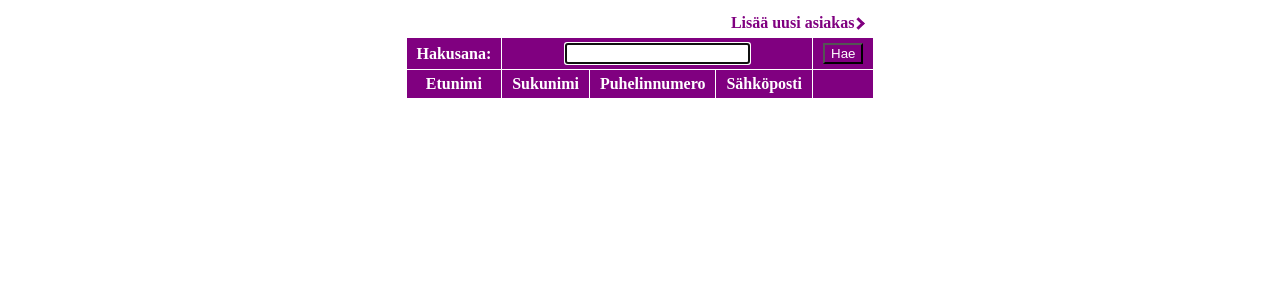
Repository: JerriMakila/Etatehtavat5
Page: http://localhost/Asiakkaat/listaaasiakkaat.jsp
An editor plug-in stored every save of this project. The page is shown before and after a run of saves, followed by the edit.
The browser window is 1280 px wide. The pictures show the whole page.
The page is served by Tomcat 9. Other server files are loaded and not shown.

Above is the page before, as saved 2020-11-23 21:36:43.

### Asiakkaat/WebContent/listaaasiakkaat.jsp
<%@ page language="java" contentType="text/html; charset=ISO-8859-1"
    pageEncoding="ISO-8859-1"%>
<!DOCTYPE html>
<html>
<head>
<meta charset="ISO-8859-1">
<script src="https://ajax.googleapis.com/ajax/libs/jquery/3.4.1/jquery.min.js"></script>
<link rel="stylesheet" href="css\main.css">
<title>Asiakkaat</title>
</head>
<body>
<table id="listaus">
	<thead>
		<tr>
			<th colspan="5" id="uusiAuto"><span class="siirto">Lisää uusi asiakas<span class="right-arrow"></span></span></th>
		</tr>
		<tr>
			<th>Hakusana:</th>
			<th colspan="3"><input type="text" id="hakusana"></th>
			<th><input type="button" value="Hae" id="hakunappi"></th>
		</tr>
		<tr>
			<th>Etunimi</th>
			<th>Sukunimi</th>
			<th>Puhelinnumero</th>
			<th>Sähköposti</th>
			<th></th>
		</tr>
	</thead>
	<tbody>
	</tbody>
</table>
<script>
$(document).ready(function(){
	haeAsiakkaat();

	$("#hakunappi").click(function(){
		haeAsiakkaat();
	});

	$(document.body).on("keypress", function(event){
		  if(event.which==13){
			  haeAsiakkaat();
		  }
	});

	$("#hakusana").focus();
});

function haeAsiakkaat(){
	$("#listaus tbody").empty();
	$.ajax({url:"asiakkaat/"+$("#hakusana").val(), type:"GET", dataType:"json", success:function(result){
		$.each(result.asiakkaat, function(i, field){
        	var htmlStr = "<tr class='asiakasrivi'>" +
        		"<td>"+field.etunimi+"</td>" +
        		"<td>"+field.sukunimi+"</td>" +
        		"<td>"+field.puhelin+"</td>" +
        		"<td>"+field.sposti+"</td>" +
        		"<td><span class='poista' onclick=poista('"+field.asiakas_id+","+field.etunimi+","+field.sukunimi+"')>Poista</span></td>" +
        		"</tr>";
        	$("#listaus tbody").append(htmlStr);
        });
    }});
}

function poista(id,etunimi,sukunimi){
	if(confirm("Haluatko varmasti poistaa asiakkaan " + etunimi + " " + sukunimi + "?")){
		$.ajax({url:"asiakkaat/" + id, type:"DELETE", dataType:"json", success:function(result) { //result on joko {"response:1"} tai {"response:0"}
	        if(result.response==0){
	        	$("#ilmo").html("Auton poisto epäonnistui.");
	        }else if(result.response==1){
	        	$("#rivi_"+rekno).css("background-color", "red"); //Värjätään poistetun asiakkaan rivi
	        	alert("Auton " + rekno +" poisto onnistui.");
				haeAutot();
			}
	    }});
	}
}

</script>
</body>
</html>

### Asiakkaat/WebContent/css/main.css
	input[type=button],
	input[type=submit] {
		background-color: purple;
		color: white;
	}

	input[type=text]{
		vertical-align: top;
	}

	table {
		border-collapse: collapse;
		margin: auto;
	}

	th,
	td {
		border: 1px solid black;
		padding: 5px 10px;
	}

	thead tr {
		background-color: purple;
		color: white;
	}

	thead th {
		border: 1px solid white;
	}

	.asiakasrivi:nth-of-type(even){
		background-color: #E8E8E8;
	}

	.data-input {
		background-color: rgba(128,0,128,0.1);
	}

	.left-arrow{
		border: solid purple;
  		border-width: 0 3px 3px 0;
  		display: inline-block;
  		margin-right: 5px;
  		padding: 3px;
  		transform: rotate(135deg);
  		-webkit-transform: rotate(135deg);
	}

	.poista{
		color: red;
		text-decoration: underline;
		cursor: pointer;
	}

	.right-arrow{
		border: solid purple;
  		border-width: 0 3px 3px 0;
  		display: inline-block;
  		padding: 3px;
  		transform: rotate(-45deg);
  		-webkit-transform: rotate(-45deg);
	}

	.siirto {
		cursor: pointer;
	}

	#ilmo {
		margin-top: 5px;
		text-align: center;
	}

	#takaisin,
	#uusiAuto {
		background-color: white;
		color: purple;
		padding-left: 20px;
	}

	#takaisin{
		text-align: left;
	}

	#uusiAuto {
		text-align: right;
	}

### Asiakkaat/src/control/Asiakkaat.java
package control;

import java.io.IOException;
import java.io.PrintWriter;
import java.util.ArrayList;
import javax.servlet.ServletException;
import javax.servlet.annotation.WebServlet;
import javax.servlet.http.HttpServlet;
import javax.servlet.http.HttpServletRequest;
import javax.servlet.http.HttpServletResponse;
import org.json.JSONObject;
import model.Asiakas;
import model.dao.Dao;


@WebServlet("/asiakkaat/*")
public class Asiakkaat extends HttpServlet {
	private static final long serialVersionUID = 1L;


    public Asiakkaat() {
        super();
    }

	protected void doGet(HttpServletRequest request, HttpServletResponse response) throws ServletException, IOException {
		String pathInfo = request.getPathInfo();
		String hakusana = "";

		if(pathInfo != null) {
			hakusana = pathInfo.replace("/", "");
		}

		Dao dao = new Dao();
		ArrayList<Asiakas> asiakkaat;

		if(hakusana == "" || hakusana == "*") {
			asiakkaat = dao.listaaKaikki();
		} else {
			asiakkaat = dao.listaaKaikki(hakusana);
		}

		String strJSON = new JSONObject().put("asiakkaat", asiakkaat).toString();
		response.setContentType("application/json");
		PrintWriter out = response.getWriter();
		out.println(strJSON);
	}

	protected void doPost(HttpServletRequest request, HttpServletResponse response) throws ServletException, IOException {
		JSONObject jsonObj = new JsonStrToObj().convert(request);
		Asiakas asiakas = new Asiakas();
		asiakas.setEtunimi(jsonObj.getString("etunimi"));
		asiakas.setSukunimi(jsonObj.getString("sukunimi"));
		asiakas.setPuhelin(jsonObj.getString("puhelin"));
		asiakas.setSposti(jsonObj.getString("sposti"));
		response.setContentType("application/json");
		PrintWriter out = response.getWriter();
		Dao dao = new Dao();

		if(dao.lisaaAsiakas(asiakas)){
			out.println("{\"response\":1}");
		}else{
			out.println("{\"response\":0}");
		}
	}

	protected void doDelete(HttpServletRequest request, HttpServletResponse response) throws ServletException, IOException {
		System.out.println("Asiakkaat.doDelete()");
		String pathInfo = request.getPathInfo();
		System.out.println("polku: "+pathInfo);
		String poistettavaAsiakas = pathInfo.replace("/", "");
		response.setContentType("application/json");
		PrintWriter out = response.getWriter();
		Dao dao = new Dao();

		if(dao.poistaAuto(poistettavaAsiakas)){ //metodi palauttaa true/false
			out.println("{\"response\":1}");  //Auton poistaminen onnistui {"response":1}
		}else{
			out.println("{\"response\":0}");  //Auton poistaminen ep�onnistui {"response":0}
		}
	}
}

### Asiakkaat/src/model/dao/Dao.java
package model.dao;

import java.sql.Connection;
import java.sql.DriverManager;
import java.sql.PreparedStatement;
import java.sql.ResultSet;
import java.util.ArrayList;

import model.Asiakas;

public class Dao {
	private Connection con = null;
	private ResultSet rs = null;
	private PreparedStatement stmtPrep = null;
	private String sql;
	private String db = "Myynti.sqlite";

	private Connection yhdista(){
    	Connection con = null;
    	String path = System.getProperty("catalina.base");
    	path = path.substring(0, path.indexOf(".metadata")).replace("\\", "/");
    	String url = "jdbc:sqlite:"+path+db;

    	try {
    		Class.forName("org.sqlite.JDBC");
	        con = DriverManager.getConnection(url);
	        System.out.println("Yhteys avattu.");
	     }catch (Exception e){
	    	System.out.println("Yhteyden avaus epäonnistui.");
	        e.printStackTrace();
	     }

	     return con;
	}

	public ArrayList<Asiakas> listaaKaikki(){
		ArrayList<Asiakas> asiakkaat = new ArrayList<Asiakas>();
		sql = "SELECT * FROM asiakkaat";

		try {
			con = yhdista();

			if(con != null){
				stmtPrep = con.prepareStatement(sql);
        		rs = stmtPrep.executeQuery();

				if(rs != null){
					while(rs.next()){
						Asiakas asiakas = new Asiakas();
						asiakas.setId(rs.getInt(1));
						asiakas.setEtunimi(rs.getString(2));
						asiakas.setSukunimi(rs.getString(3));
						asiakas.setPuhelin(rs.getString(4));
						asiakas.setSposti(rs.getString(5));
						asiakkaat.add(asiakas);
					}
				}
			}

			con.close();
		} catch (Exception e) {
			e.printStackTrace();
		}

		return asiakkaat;
	}

	public ArrayList<Asiakas> listaaKaikki(String hakusana){
		ArrayList<Asiakas> asiakkaat = new ArrayList<Asiakas>();
		sql = "SELECT * FROM asiakkaat WHERE etunimi LIKE ? OR sukunimi LIKE ? OR puhelin LIKE ? OR sposti LIKE ?";
		try {
			con = yhdista();

			if(con != null){
				stmtPrep = con.prepareStatement(sql);
				stmtPrep.setString(1, "%" + hakusana + "%");
				stmtPrep.setString(2, "%" + hakusana + "%");
				stmtPrep.setString(3, "%" + hakusana + "%");
        		rs = stmtPrep.executeQuery();

				if(rs != null){
					while(rs.next()){
						Asiakas asiakas = new Asiakas();
						asiakas.setId(rs.getInt(1));
						asiakas.setEtunimi(rs.getString(2));
						asiakas.setSukunimi(rs.getString(3));
						asiakas.setPuhelin(rs.getString(4));
						asiakas.setSposti(rs.getString(5));
						asiakkaat.add(asiakas);
					}
				}
			}

			con.close();
		} catch (Exception e) {
			e.printStackTrace();
		}

		return asiakkaat;
	}

	public boolean lisaaAsiakas(Asiakas asiakas){
		boolean paluuArvo = true;
		sql="INSERT INTO asiakkaat (etunimi, sukunimi, puhelin, sposti) VALUES(?,?,?,?)";

		try {
			con = yhdista();
			stmtPrep = con.prepareStatement(sql);
			stmtPrep.setString(1, asiakas.getEtunimi());
			stmtPrep.setString(2, asiakas.getSukunimi());
			stmtPrep.setString(3, asiakas.getPuhelin());
			stmtPrep.setString(4, asiakas.getSposti());
			stmtPrep.executeUpdate();
	        con.close();
		} catch (Exception e) {
			e.printStackTrace();
			paluuArvo = false;
		}
		return paluuArvo;
	}

	public boolean poistaAuto(String id){
		boolean paluuArvo=true;
		sql="DELETE FROM autot WHERE asiakas_id=?";

		try {
			con = yhdista();
			stmtPrep=con.prepareStatement(sql);
			stmtPrep.setString(1, id);
			stmtPrep.executeUpdate();
	        con.close();
		} catch (Exception e) {
			e.printStackTrace();
			paluuArvo=false;
		}

		return paluuArvo;
	}
}

After the next 3 saves:
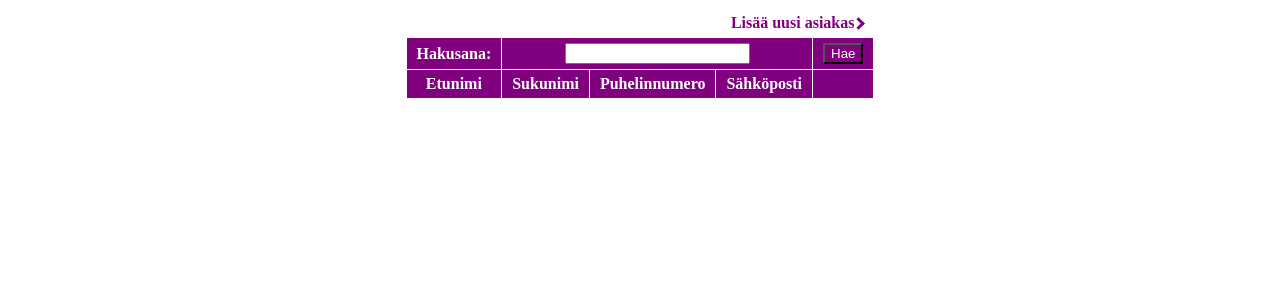
Console error: SyntaxError: Unexpected identifier 'field'
The 3 saves are shown as one change because they came seconds apart.
The last was saved 116 s later.
--- a/Asiakkaat/WebContent/listaaasiakkaat.jsp
+++ b/Asiakkaat/WebContent/listaaasiakkaat.jsp
@@ -56,14 +56,14 @@
         		"<td>"+field.sukunimi+"</td>" +
         		"<td>"+field.puhelin+"</td>" +
         		"<td>"+field.sposti+"</td>" +
-        		"<td><span class='poista' onclick=poista('"+field.asiakas_id+","+field.etunimi+","+field.sukunimi+"')>Poista</span></td>" +
+        		"<td><span class='poista' onclick=poista('"field.etunimi+"')>Poista</span></td>" +
         		"</tr>";
         	$("#listaus tbody").append(htmlStr);
         });
     }});
 }
 
-function poista(id,etunimi,sukunimi){
+function poista(etunimi){
 	if(confirm("Haluatko varmasti poistaa asiakkaan " + etunimi + " " + sukunimi + "?")){
 		$.ajax({url:"asiakkaat/" + id, type:"DELETE", dataType:"json", success:function(result) { //result on joko {"response:1"} tai {"response:0"}
 	        if(result.response==0){

After the 4 saves that followed:
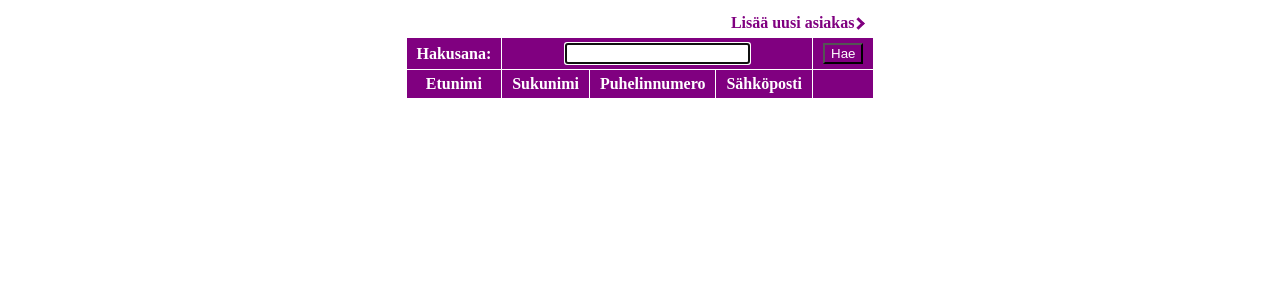
The error is gone.
The 4 saves are shown as one change because 3 left the picture as it was.
The last was saved 58 s later.
--- a/Asiakkaat/WebContent/listaaasiakkaat.jsp
+++ b/Asiakkaat/WebContent/listaaasiakkaat.jsp
@@ -56,7 +56,7 @@
         		"<td>"+field.sukunimi+"</td>" +
         		"<td>"+field.puhelin+"</td>" +
         		"<td>"+field.sposti+"</td>" +
-        		"<td><span class='poista' onclick=poista('"field.etunimi+"')>Poista</span></td>" +
+        		"<td><span class='poista' onclick=poista('"+field.etunimi+"')>Poista</span></td>" +
         		"</tr>";
         	$("#listaus tbody").append(htmlStr);
         });
@@ -65,12 +65,11 @@
 
 function poista(etunimi){
 	if(confirm("Haluatko varmasti poistaa asiakkaan " + etunimi + " " + sukunimi + "?")){
-		$.ajax({url:"asiakkaat/" + id, type:"DELETE", dataType:"json", success:function(result) { //result on joko {"response:1"} tai {"response:0"}
+		$.ajax({url:"asiakkaat/" + etunimi, type:"DELETE", dataType:"json", success:function(result) { //result on joko {"response:1"} tai {"response:0"}
 	        if(result.response==0){
 	        	$("#ilmo").html("Auton poisto epäonnistui.");
 	        }else if(result.response==1){
-	        	$("#rivi_"+rekno).css("background-color", "red"); //Värjätään poistetun asiakkaan rivi
-	        	alert("Auton " + rekno +" poisto onnistui.");
+	        	alert("Auton " + etunimi +" poisto onnistui.");
 				haeAutot();
 			}
 	    }});
